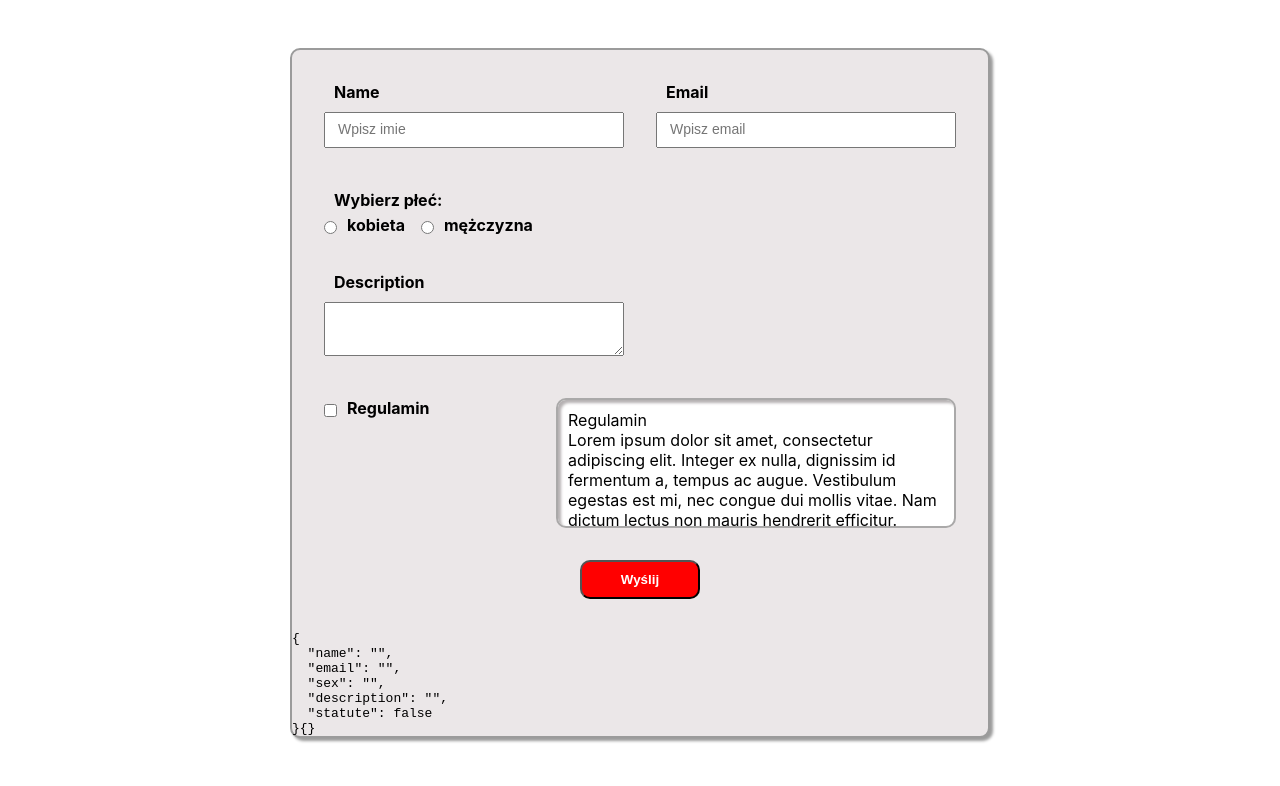
Repository: KrzysKolo/sr_tydzien4_zad3
Page: /
The author's editor kept a copy of each file at every save. The page is drawn from the files as they stood at one save, then again after a run of saves.
The browser window is 1280 px wide. The pictures show the whole page.
The project was rebuilt for these pictures with package versions that can differ from the ones it lists, and the page was loaded fresh each time. Also part of the build but not shown: src/components/FormComponents/TextError.js.

Above is the page before, as saved 2020-11-19 14:09:12.

After the next 2 saves:
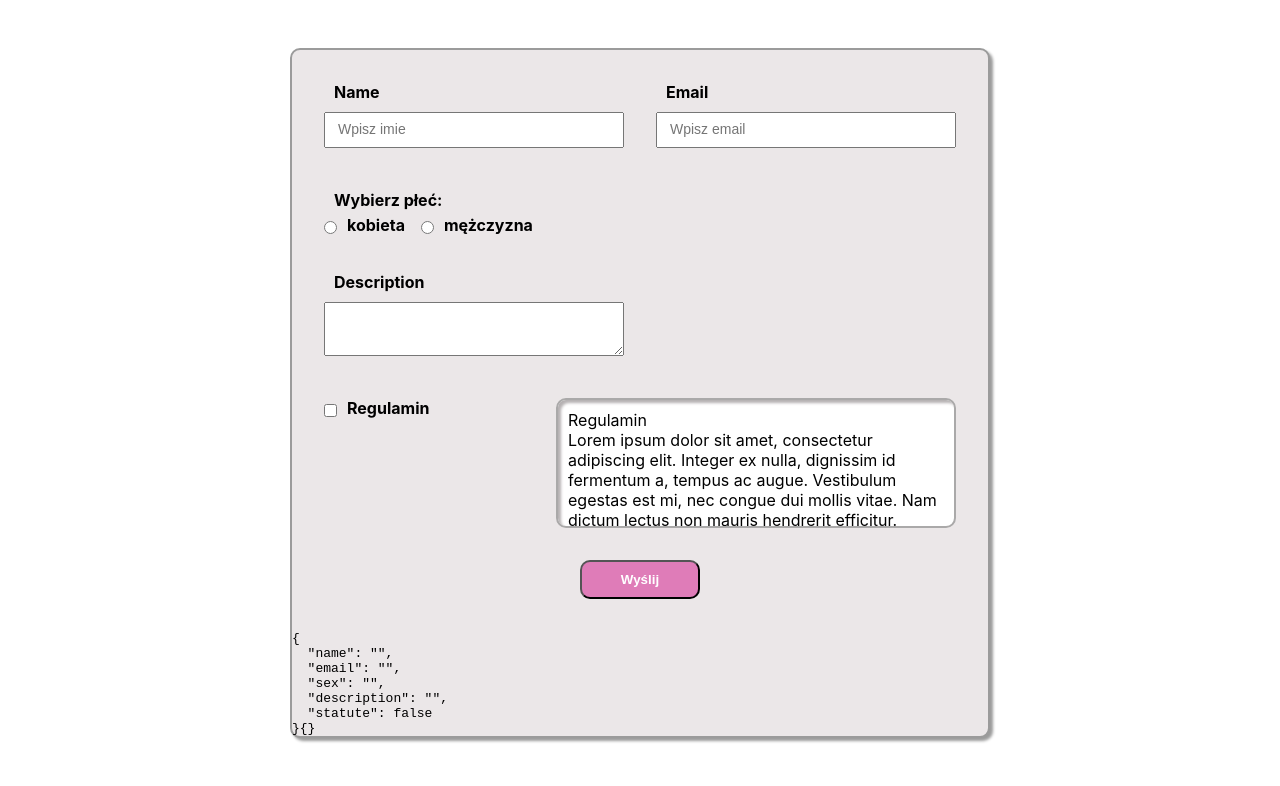
The 2 saves are shown as one change because 1 did not build or start.
The last was saved 93 s later.
--- a/src/App.css
+++ b/src/App.css
@@ -55,7 +55,7 @@ textarea {
   overflow: auto;
 }
 .btn-send {
-  background-color: red;
+  background-color: rgba(211, 19, 137, 0.5);
   border-radius: 10px;
   color: white;
   cursor: pointer;
@@ -66,5 +66,5 @@ textarea {
   transition: all 0.5s ease-in-out;
 }
 .btn-send:hover {
-  background-color: violet;
+  background-color: rgba(211, 19, 137, 1);
 }
